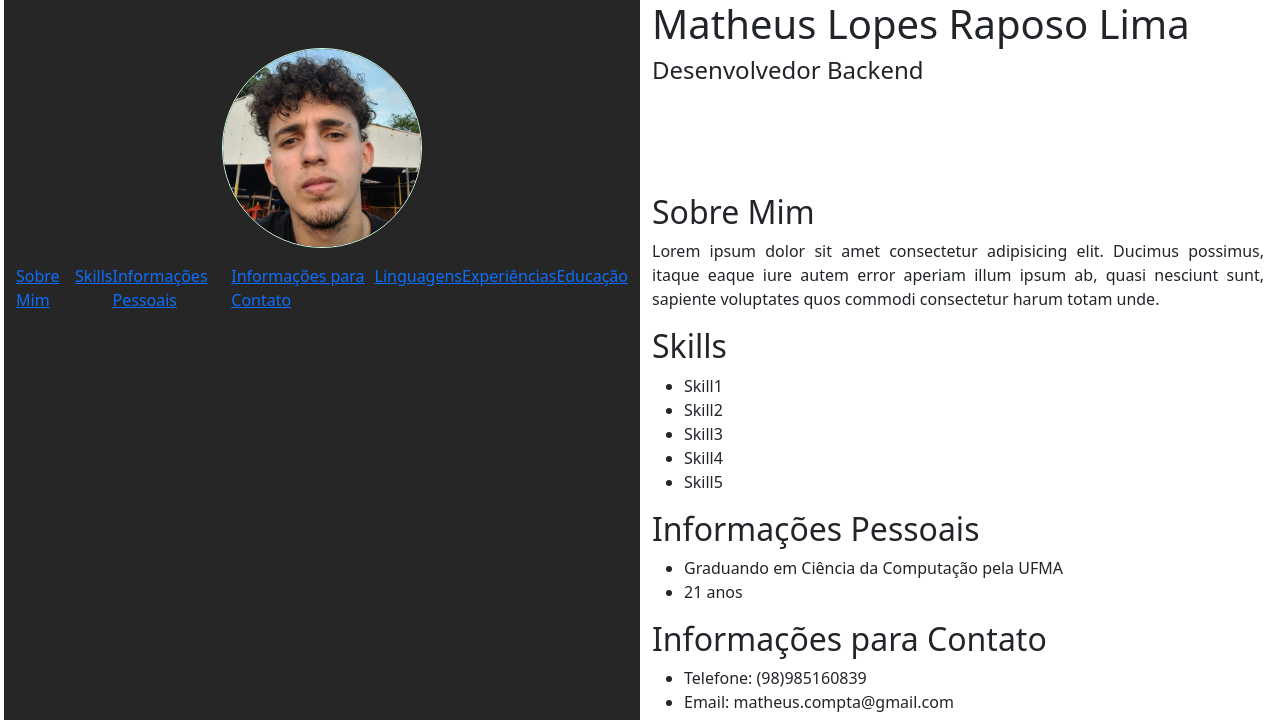
Repository: MaatheusRaposo/Curriculo_Web
Page: index.html
These files come from the project's save history. The page is drawn as it stood at one moment and after the next save; the edit follows.
The browser window is 1280 px wide. The pictures show the whole page.
An inner scrolling area shows only its first screen.

Above is the page before, as saved 2026-05-28 01:42:51.

After the next save:
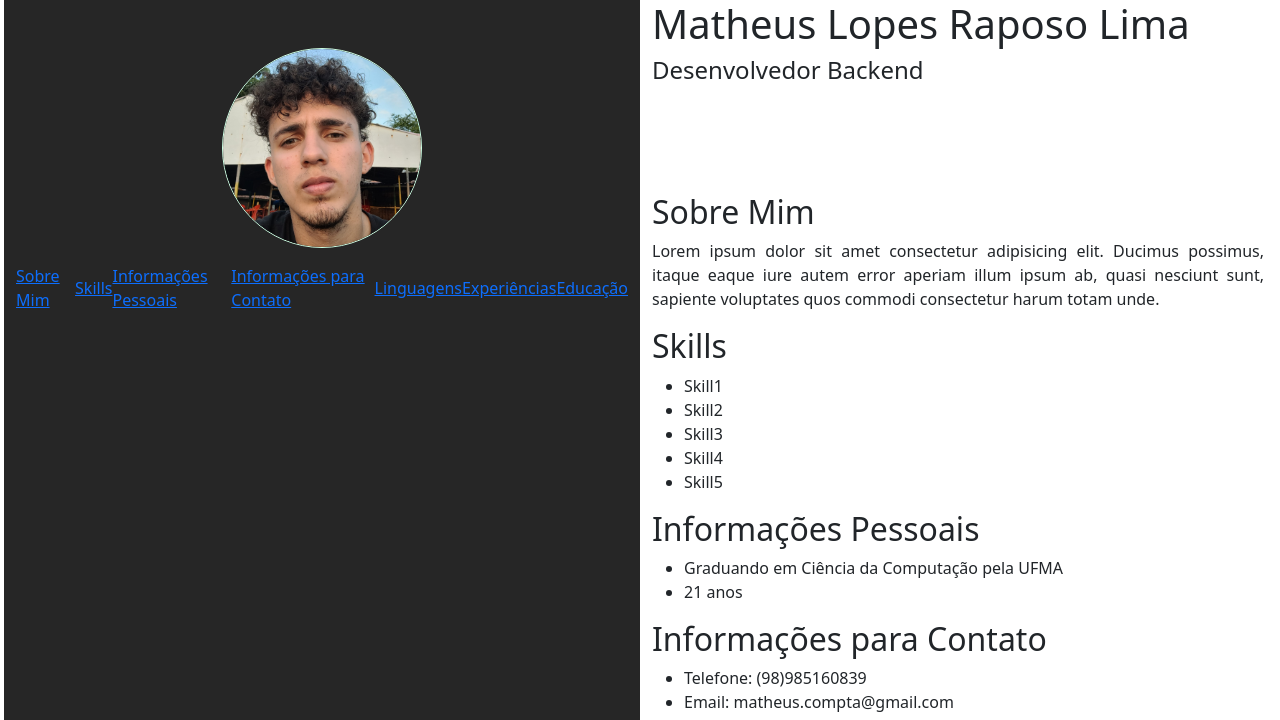
Saved 13 s later.
--- a/index.html
+++ b/index.html
@@ -14,7 +14,7 @@
                 <div class="d-flex justify-content-center align-items-center pt-5">
                     <img class="foto-perfil position-relative mb-3" src="assets/images/20230725_175129.jpg" alt="">
                 </div>
-                <div class="d-flex justify-content-center">
+                <div class="d-flex justify-content-center align-items-center">
                     <a href="#sobreMim">Sobre Mim</a> <br>
                     <a href="#Skills">Skills</a> <br>
                     <a href="#infoPessoal">Informações Pessoais</a> <br>

After the save that followed:
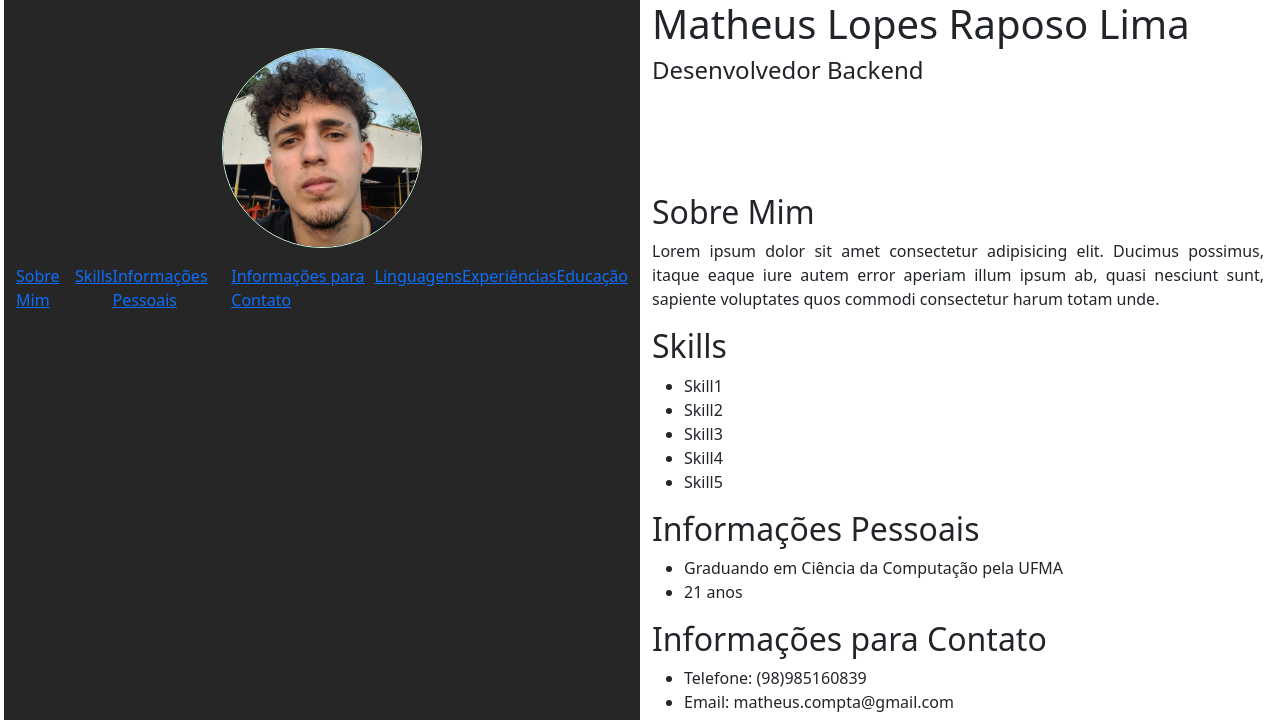
Saved 24 s later.
--- a/index.html
+++ b/index.html
@@ -14,7 +14,7 @@
                 <div class="d-flex justify-content-center align-items-center pt-5">
                     <img class="foto-perfil position-relative mb-3" src="assets/images/20230725_175129.jpg" alt="">
                 </div>
-                <div class="d-flex justify-content-center align-items-center">
+                <div class="d-flex align-center">
                     <a href="#sobreMim">Sobre Mim</a> <br>
                     <a href="#Skills">Skills</a> <br>
                     <a href="#infoPessoal">Informações Pessoais</a> <br>
